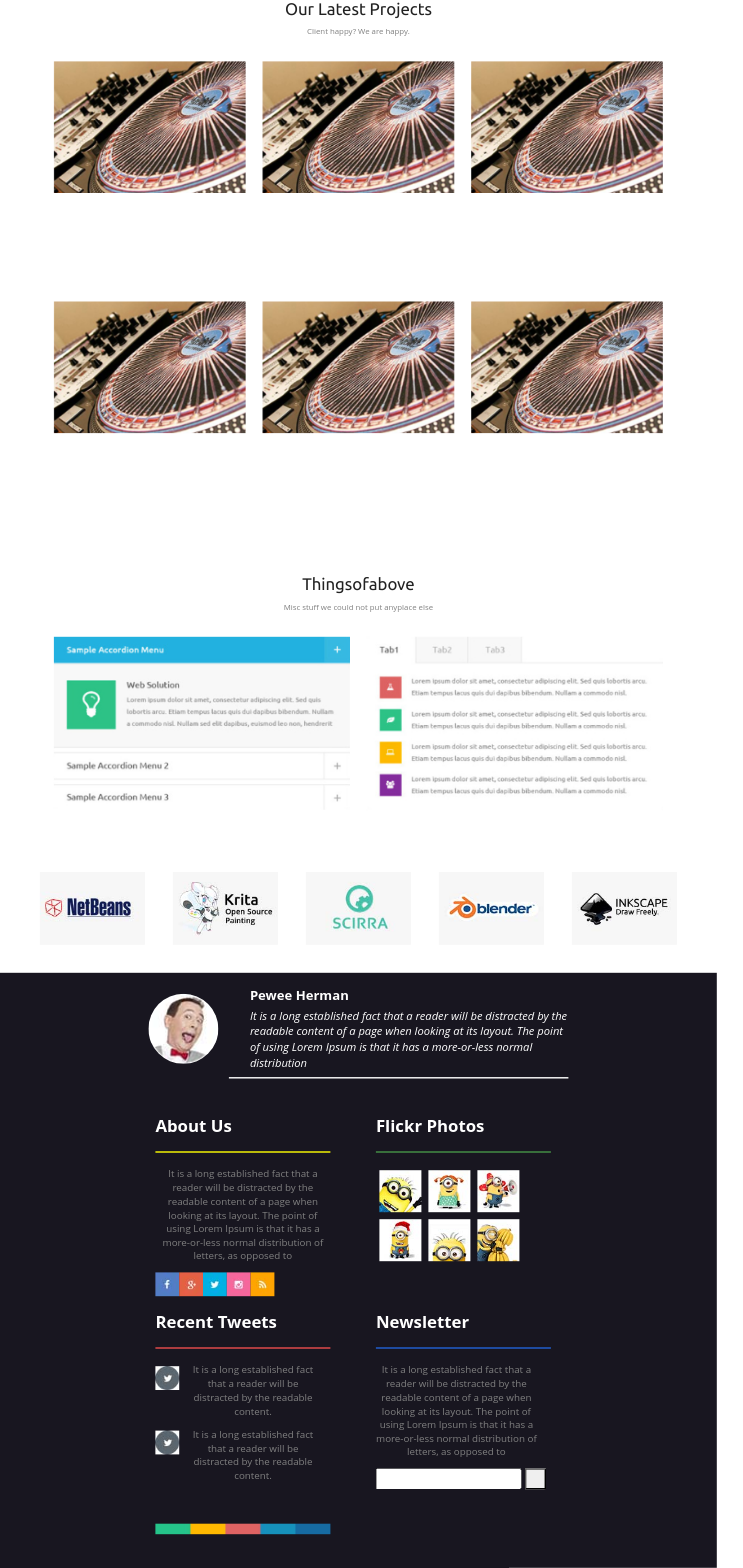
Repository: RenataDzotova/Metrolics-Renata-Beyonce
Page: index.html
These files come from the project's save history. The page is drawn as it stood at one moment and after the next save; the edit follows.
The browser window is 1024 px wide. The page is 1062 px wide, so the pictures cover 1062 px, including what lies to the right of the window. The pictures show the part of the page from y = 1784 to 4024 px (the page is 4024 px tall before and 3988 px after), at 70% of full size.
Some web fonts or font styles are not loaded; a fallback is used.

Above is the page before, as saved 2022-02-02 18:11:38.

After the next save:
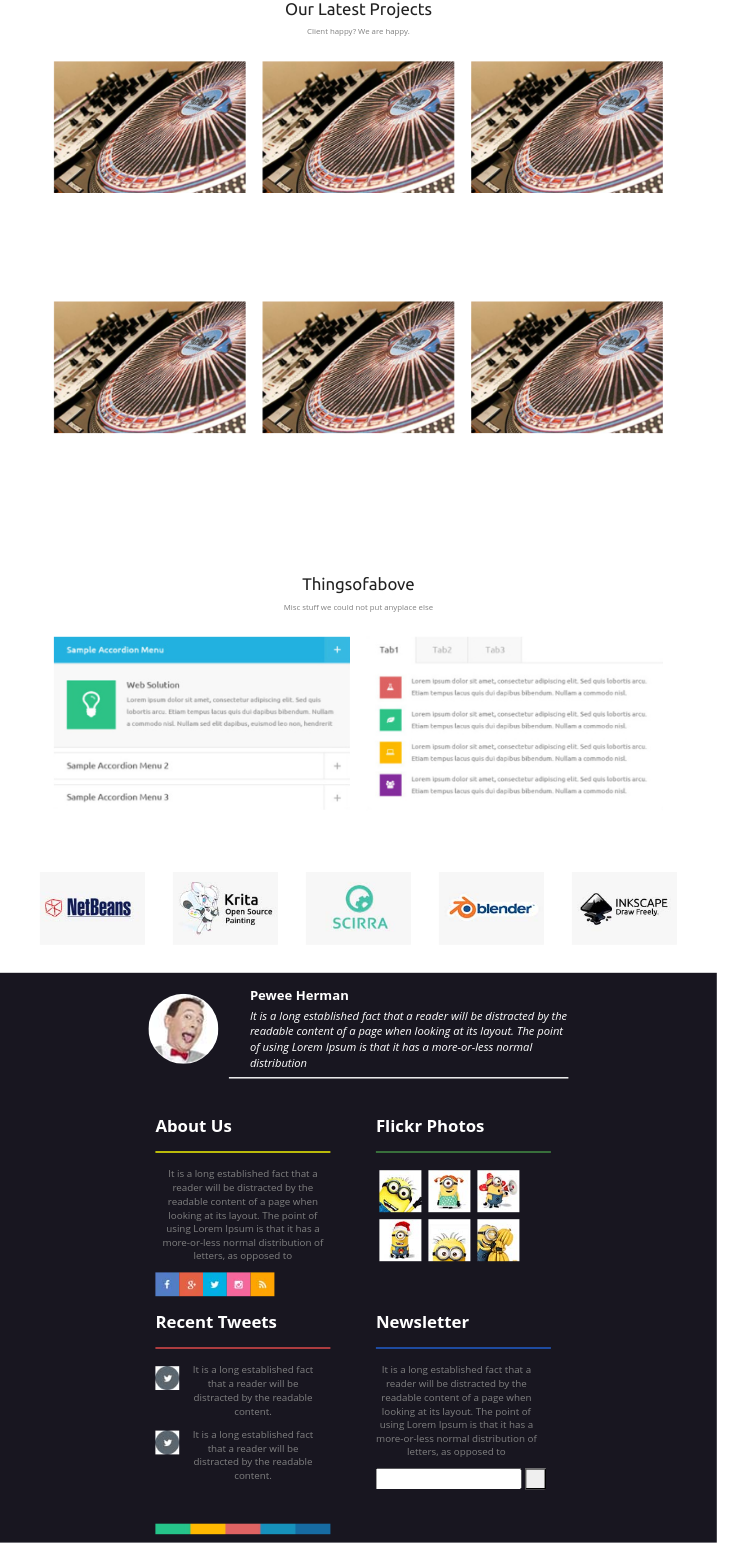
Saved 54 s later.
--- a/css/renata.css
+++ b/css/renata.css
@@ -377,7 +377,7 @@
   @media screen and (max-width: 74.9375em) {
     .footerBlack_content{
         width: 600px;
-        height: 850px;
+        height: fit-content;
     }
 
     .footer-black{
